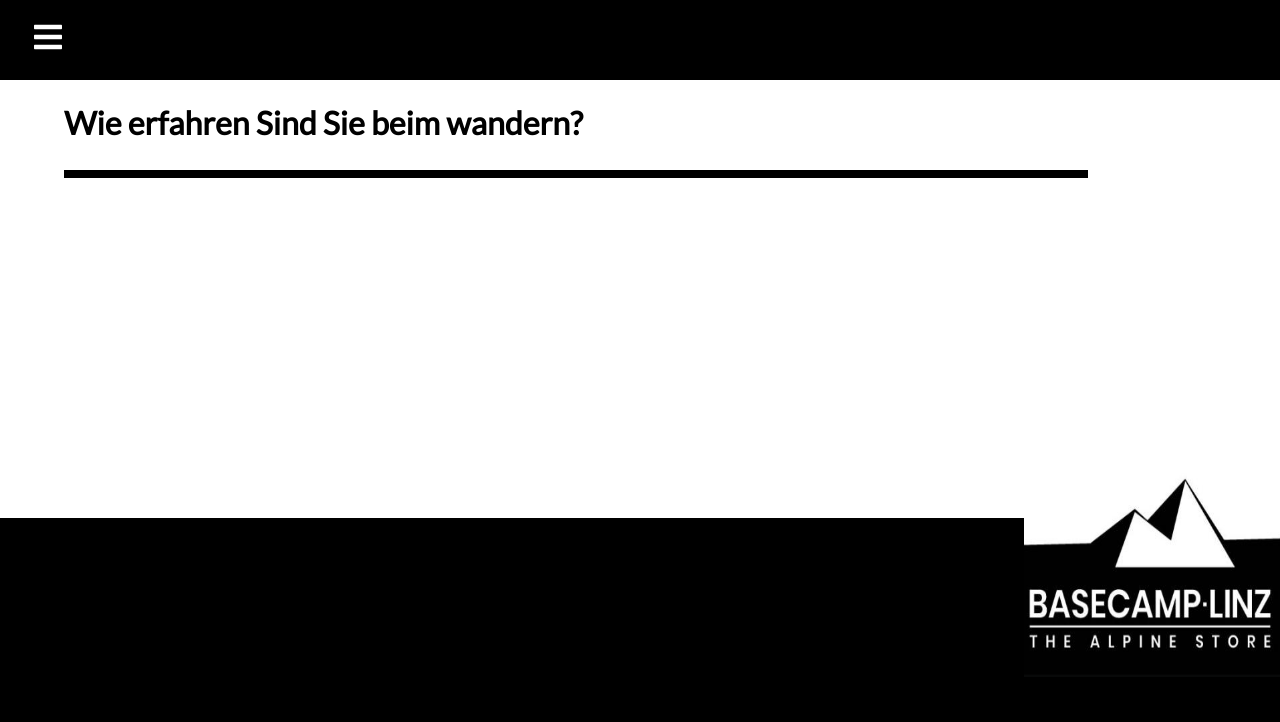
Repository: LeleZuGut/Kundenabfragesystem-Website
Page: /fragen/Wandern
The author's editor kept a copy of each file at every save. The page is drawn from the files as they stood at one save, then again after the next save.
The browser window is 1280 px wide. The pictures show the whole page.
The project was rebuilt for these pictures with package versions that can differ from the ones it lists, and the page was loaded fresh each time. Also part of the build but not shown: src/Pages/FormSignup.js, src/Form.js, src/Styles/FormLogin.css, src/Pages/FormLogin.js, src/Form-Log.js, src/Pages/FormFragenKatalog-Main.js.

Above is the page before, as saved 2021-08-15 15:56:41.

After the next save:
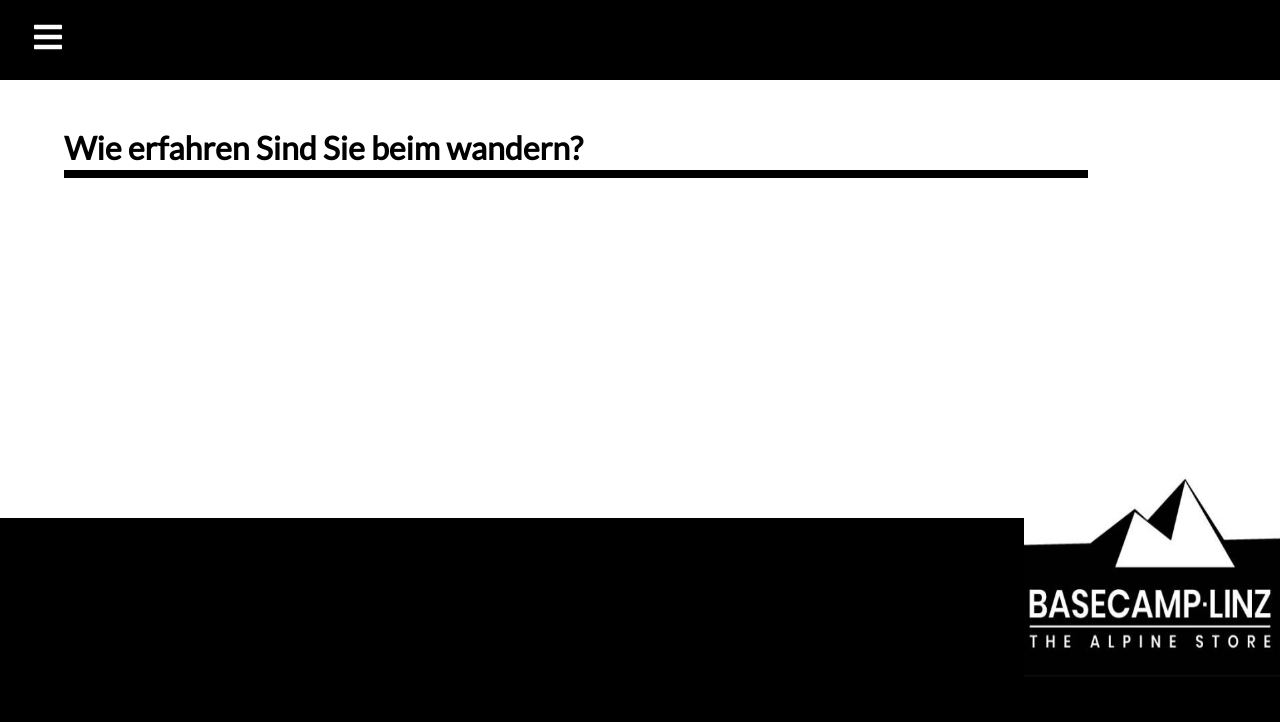
Saved 4 min 14 s later.
--- a/src/Pages/FormFragenkatalog.js
+++ b/src/Pages/FormFragenkatalog.js
@@ -42,7 +42,7 @@
         },
 
     ];
-
+    const [currentQuestion, setCurrentQuestion] = useState(0);
 
 
     if (currentURL == WandernURL) {
@@ -80,7 +80,12 @@
                 </IconContext.Provider>
 
                 <div className="Wandern_main_Strich">
-                    <h1 className="Wandern_main_heading">{Wquestions[0].questionText}</h1>
+                    <div className = "Fragen-Selection">
+
+
+                    <h1 className="Wandern_main_heading">{Wquestions[currentQuestion].questionText}</h1>
+
+                    </div>
                 </div>
 
                 <div className="Wandern_main_logo">
